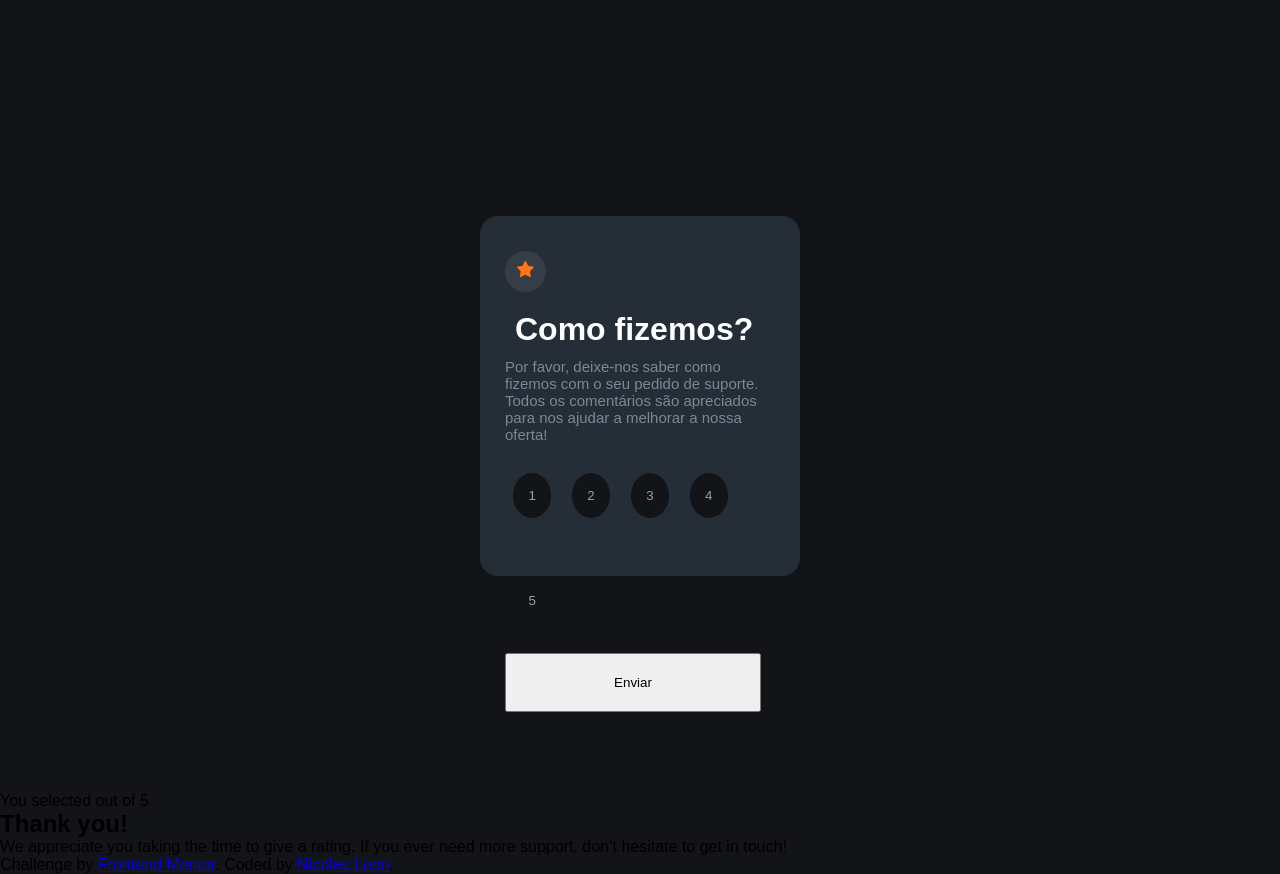
Repository: Leonngc/projeto-avaliacao
Page: index.html
An editor plug-in stored every save of this project. The page is shown before and after the next save, followed by the edit.
The browser window is 1280 px wide. The pictures show the whole page.

Above is the page before, as saved 2023-01-26 11:49:18.

### index.html
<!DOCTYPE html>
<html lang="en">
<head>
  <meta charset="UTF-8">
  <meta name="viewport" content="width=device-width, initial-scale=1.0"> <!-- displays site properly based on user's device -->

  <link rel="icon" type="image/png" sizes="32x32" href="./images/favicon-32x32.png">

  <title>Frontend Mentor | Interactive rating component</title>

  <link rel="stylesheet" href="styles/style.css">
</head>
<body>

  <!-- Rating state start -->
<form id="avaliation-form">

  <span id="icon-star">
    <img src="images/icon-star.svg" alt="">
  </span>

    <h1>Como fizemos?</h1>

    <p>
      Por favor, deixe-nos saber como fizemos com o seu pedido de suporte. Todos os comentários são apreciados
      para nos ajudar a melhorar a nossa oferta!
    </p>

    <div id="avaliation-btns">
      <input type="button" value="1" class="avaliation">
      <input type="button" value="2" class="avaliation">
      <input type="button" value="3"  class="avaliation">
      <input type="button" value="4"  class="avaliation">
      <input type="button" value="5"  class="avaliation">
    </div>

    <input type="submit" onclick="sent()" value="Enviar" id="submit"></input>
</form>

  <!-- Rating state end -->

  <!-- Thank you state start -->

  <section id="result-avaliation">
    <p id="avaliacao-user">You selected <!-- Add rating here --> out of 5</p>
    <h1>Thank you!</h1>
    <p>
      We appreciate you taking the time to give a rating. If you ever need more support,
      don’t hesitate to get in touch!
    </p>
  </section>

  <!-- Thank you state end -->


  <div class="attribution">
    Challenge by <a href="https://www.frontendmentor.io?ref=challenge" target="_blank">Frontend Mentor</a>.
    Coded by <a href="#">Nicolas Leon</a>.
  </div>
</body>
</html>

### styles/style.css

:root{
    --very-dark-blue:hsl(216, 12%, 8%);
    --dark-blue:hsl(213, 19%, 18%);
    --medium-grey: hsl(216, 12%, 54%);
    --light-grey:hsl(217, 12%, 63%);
}

*{
    margin: 0;
    padding: 0;
    box-sizing: border-box;
}

body{
    background-color:var(--very-dark-blue);
    font-family: Arial, Helvetica, sans-serif
}
span{
    background-color: rgba(255, 255, 255, 0.074);
    padding: 12px;
    border-radius: 50%;
    text-align: center;
}

span > img{
    margin-top: 20px;
}

#avaliation-form{
    background-color:var(--dark-blue);
    width: 25vw;
    height: 50vh;
    padding: 25px;
    margin: 30vh auto;
    color: white;
    border-radius: 18px;
}

#avaliation-form > h1{
    padding: 10px;
    margin-top: 20px;
}

#avaliation-form > p{
    color:var(--medium-grey);
    font-size: 15px;
}

.avaliation{
    margin: 30px 8px;
    border-radius: 66%;
    padding: 15px;
    border: none;
    background-color: var(--very-dark-blue);
    color: var(--light-grey);
    width: 3vw;
    cursor: pointer;
}

#avaliation-btns input:hover{
    background-color: hsl(25, 97%, 53%);
    color:white;
}
#avaliation-btns input:active{
    background-color: var(--light-grey);
}

#submit{
    width: 20vw;
    margin: auto;
    padding: 20px;
}

After the next save:
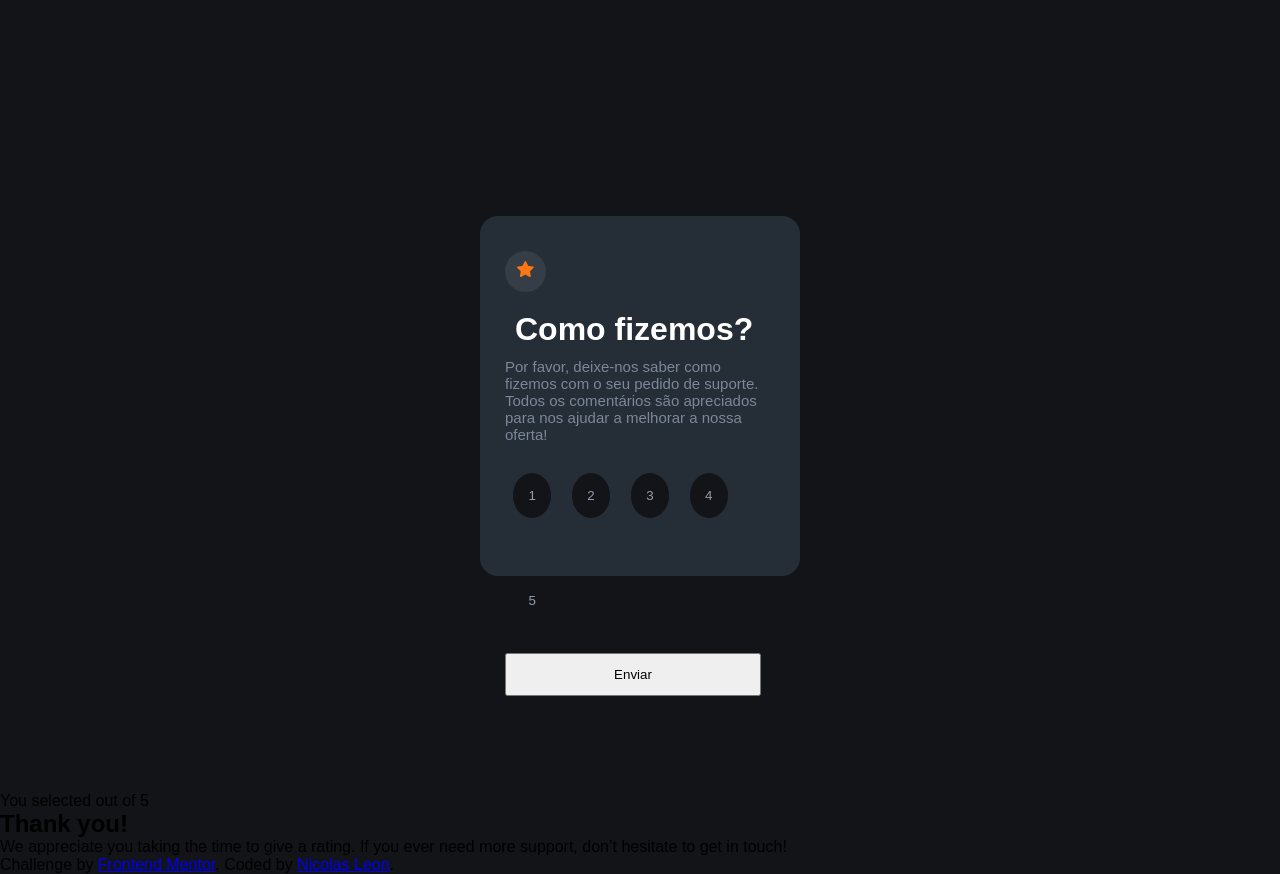
Saved 6 s later.
--- a/styles/style.css
+++ b/styles/style.css
@@ -69,5 +69,5 @@ span > img{
 #submit{
     width: 20vw;
     margin: auto;
-    padding: 20px;
+    padding: 12px;
 }
